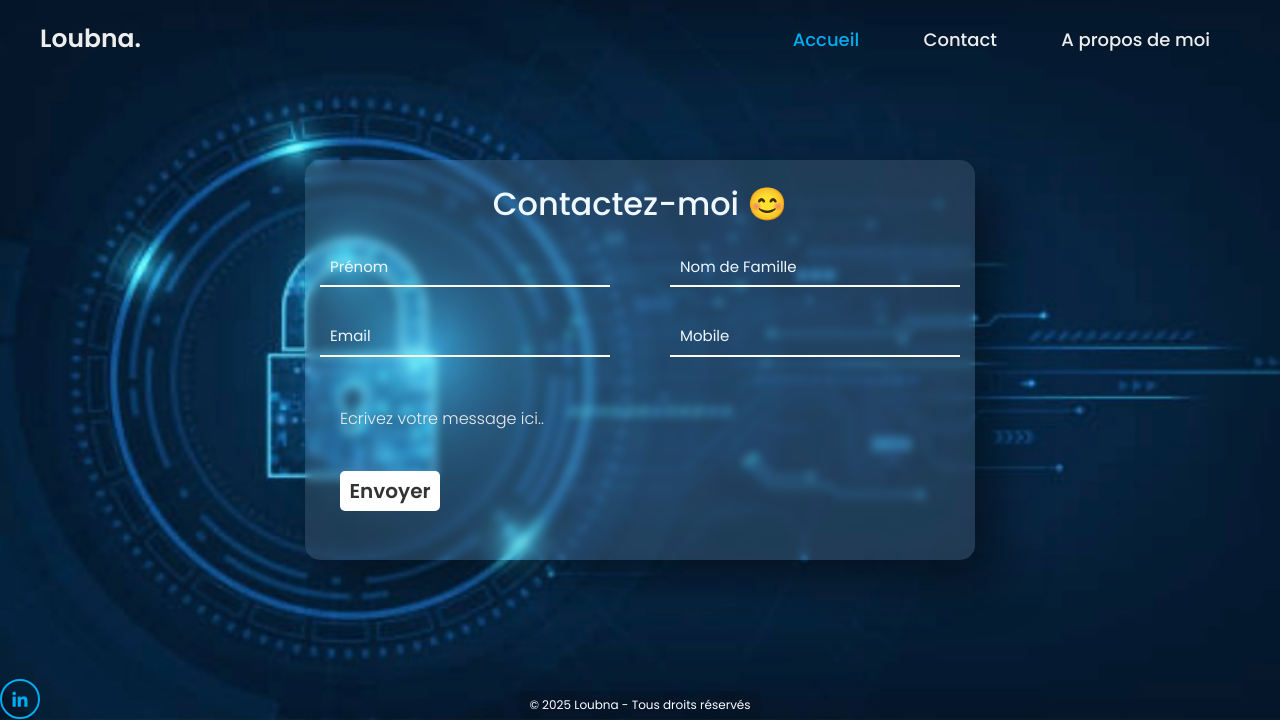
Repository: Loubna77290/Portfolio-de-Loubna
Page: contact.html
These files come from the project's save history. The page is drawn as it stood at one moment and after the next save; the edit follows.
The browser window is 1280 px wide. The pictures show the whole page.

Above is the page before, as saved 2025-03-10 23:57:57.

After the next save:
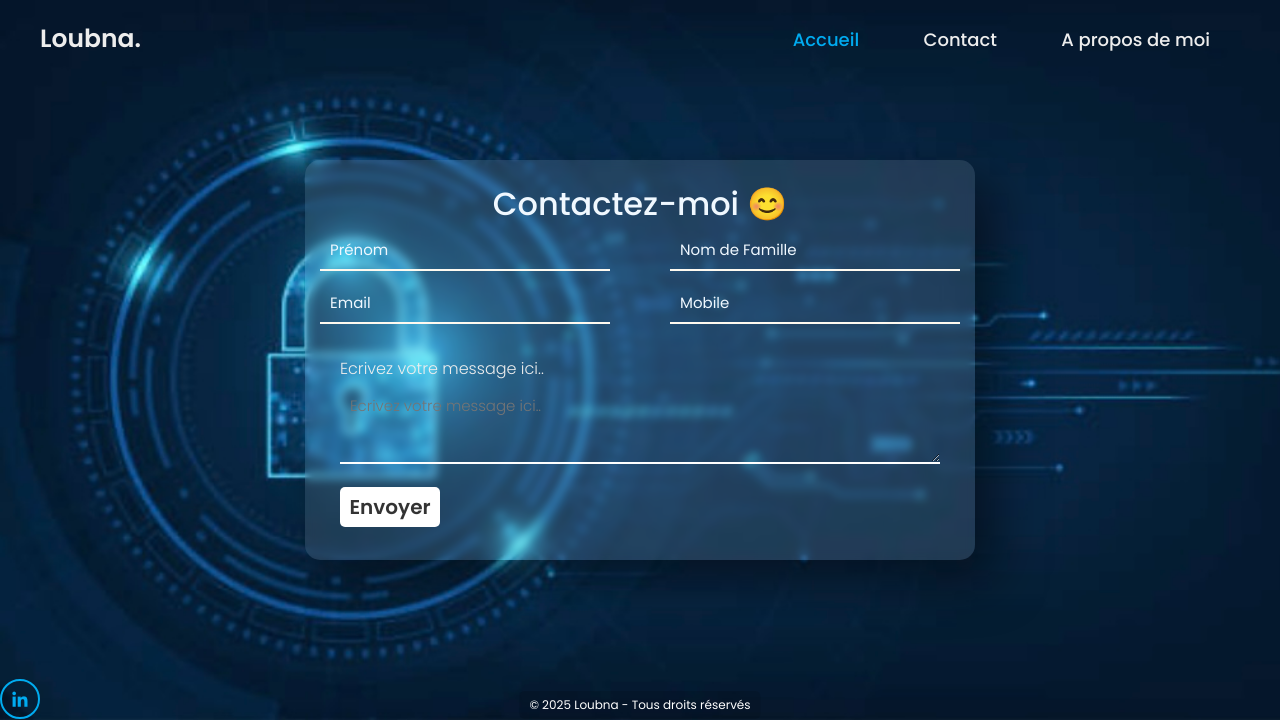
Saved 7 min 24 s later.
--- a/contact.html
+++ b/contact.html
@@ -26,9 +26,8 @@
             <input type="email" id="email" placeholder="Email"required>
             <input type="text" id="mobile" placeholder="Mobile"required>
             <h4>Ecrivez votre message  ici..</h4>
+            <textarea id="message" placeholder="Ecrivez votre message ici.."required></textarea>
             <input type="submit" value="Envoyer" id="button">
-
-
         </form>
 
 
